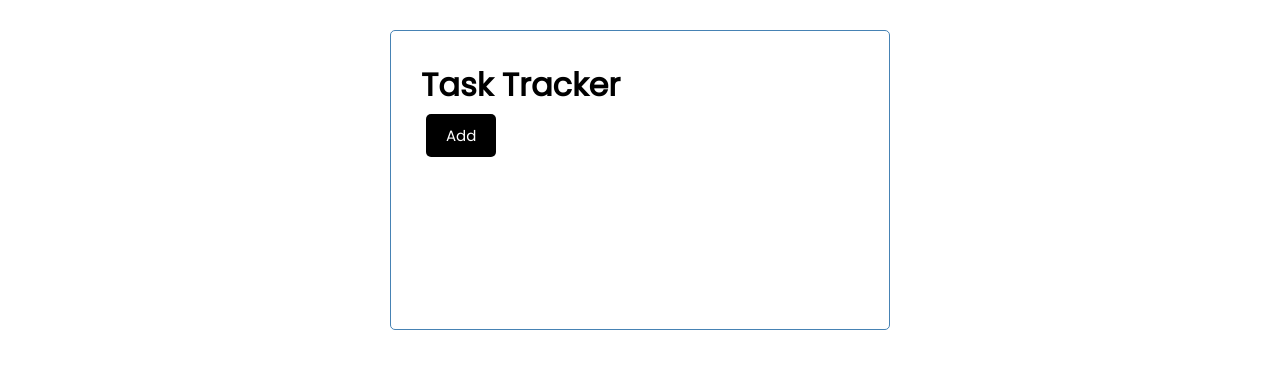
Repository: biggie-pti/task-tracker-react-app
Page: /
The author's editor kept a copy of each file at every save. The page is drawn from the files as they stood at one save, then again after the next save.
The browser window is 1280 px wide. The pictures show the whole page.
The project was rebuilt for these pictures with package versions that can differ from the ones it lists, and the page was loaded fresh each time.

Above is the page before, as saved 2022-02-20 14:31:34.

### public/index.html
<!DOCTYPE html>
<html lang="en">
  <head>
    <meta charset="utf-8" />
    <link rel="icon" href="%PUBLIC_URL%/favicon.ico" />
    <meta name="viewport" content="width=device-width, initial-scale=1" />
    <meta name="theme-color" content="#000000" />
    <meta
      name="description"
      content="Web site created using create-react-app"
    />
    <link rel="apple-touch-icon" href="%PUBLIC_URL%/logo192.png" />

    <link rel="manifest" href="%PUBLIC_URL%/manifest.json" />

    <title>Task Tracker</title>
  </head>
  <body>
    <noscript>You need to enable JavaScript to run this app.</noscript>
    <div id="root"></div>

  </body>
</html>

### src/App.js
import Header from "./components/Header";
function App() {
  return (
    <div className="container">
    <Header />
    </div>
  );
}

export default App;

### src/components/Header.js
import PropTypes from 'prop-types'
const Header = ({title}) => {
  return (
    <header className='Header'>
        <h1>

        {title}
        </h1>
        <button className='btn'>
            Add
            </button>

        </header>
  )
}
Header.defaultProps={
    title: 'Task Tracker',
}

Header.propTypes={
    title: PropTypes.string,
}

//CSS in JS
// const headingStyle={
//     color:'red',
//     backgroundColor:'black',
// }

export default Header

Loaded but not shown: src/index.js (common file); src/index.css (common file); src/reportWebVitals.js (common file)

After the next save:
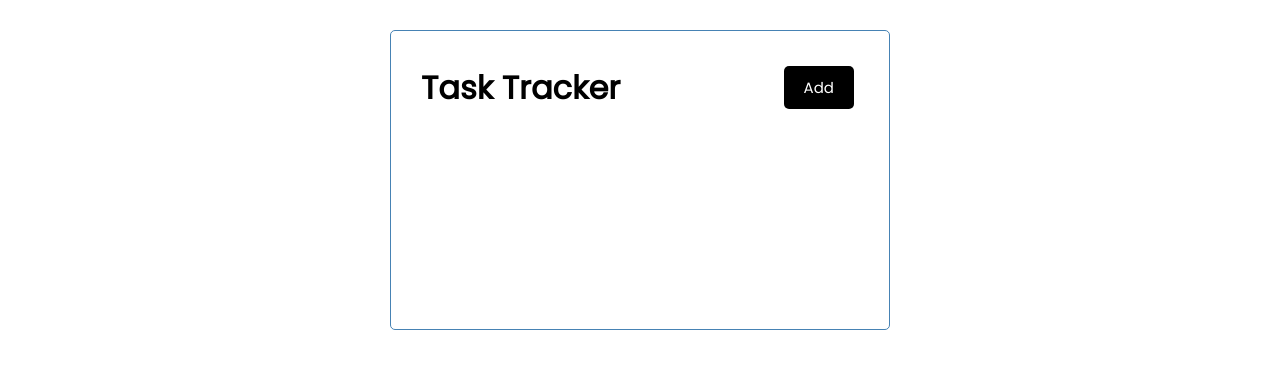
Saved 8 s later.
--- a/src/components/Header.js
+++ b/src/components/Header.js
@@ -1,7 +1,7 @@
 import PropTypes from 'prop-types'
 const Header = ({title}) => {
   return (
-    <header className='Header'>
+    <header className='header'>
         <h1>
 
         {title}
